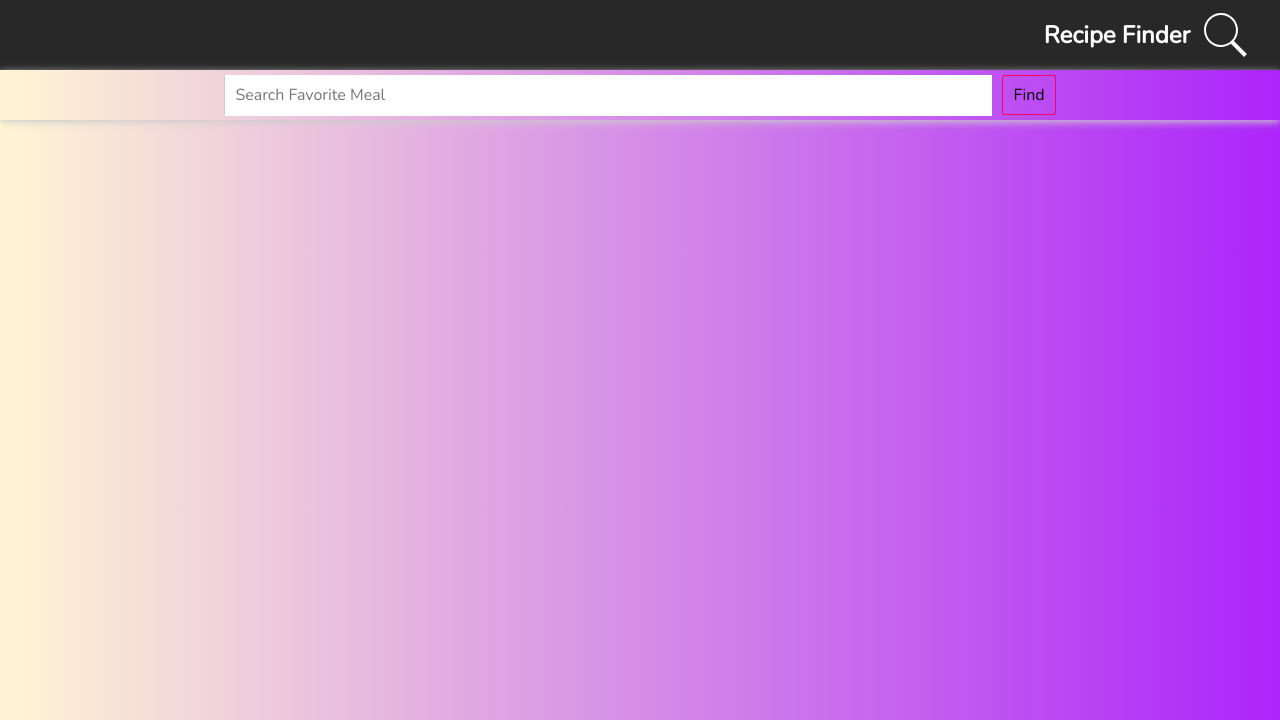
Repository: burntaftermint/recipes
Page: index.html
An editor plug-in stored every save of this project. The page is shown before and after the next save, followed by the edit.
The browser window is 1280 px wide. The pictures show the whole page.
The page's requests for data from a server got no answer.

Above is the page before, as saved 2023-11-07 03:28:12.

After the next save:
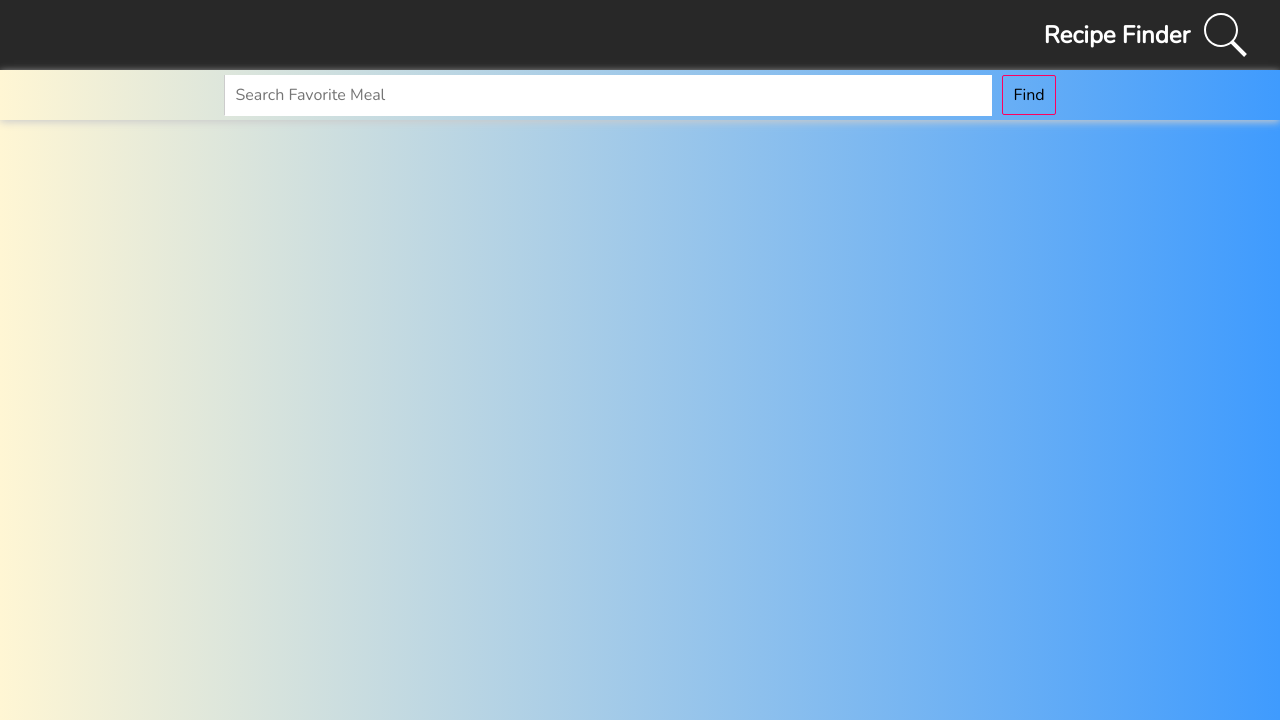
Saved 22 s later.
--- a/style.css
+++ b/style.css
@@ -16,7 +16,7 @@
 body {
     height: 100vh;
     width: 100vw;
-    background: linear-gradient(to right, #fff6d4, #ac24fa);
+    background: linear-gradient(to right, #fff6d4, #3f9bfe);
     overflow: hidden;
 }
 
